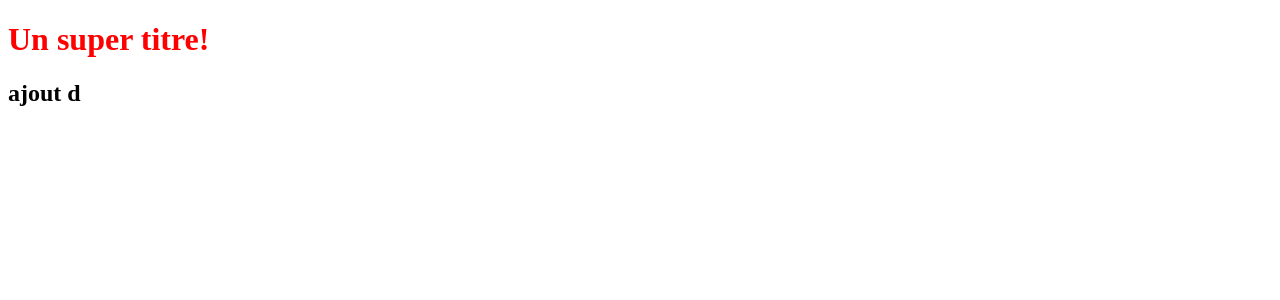
Repository: MamyRaoni/projet_git
Page: index.html
An editor plug-in stored every save of this project. The page is shown before and after the next save, followed by the edit.
The browser window is 1280 px wide. The pictures show the whole page.

Above is the page before, as saved 2023-02-20 23:50:52.

### index.html
<!DOCTYPE html>
<html>
<head>
   <title></title>
   <link rel="stylesheet" type="text/css" href="styles.css">
</head>
<body>
   <h1>Un super titre!</h1>
   <h2>ajout d</h2>
</body>
</html>

Loaded but not shown: styles.css (common file)

After the next save:
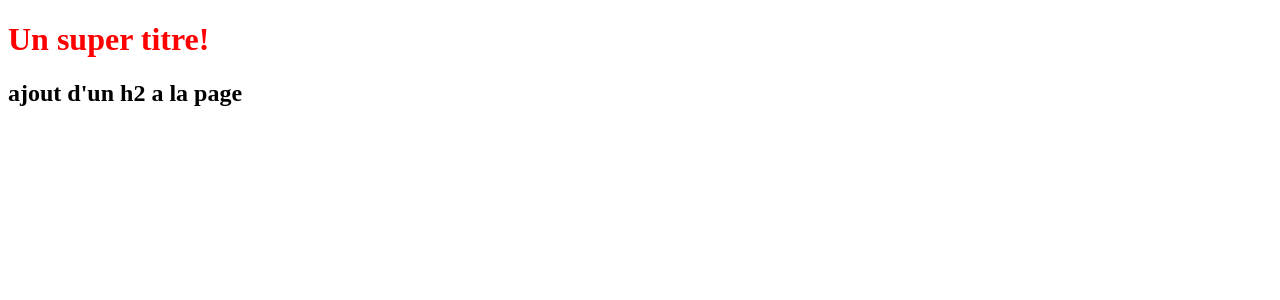
Saved 7 s later.
--- a/index.html
+++ b/index.html
@@ -6,6 +6,6 @@
 </head>
 <body>
    <h1>Un super titre!</h1>
-   <h2>ajout d</h2>
+   <h2>ajout d'un h2 a la page </h2>
 </body>
 </html>
